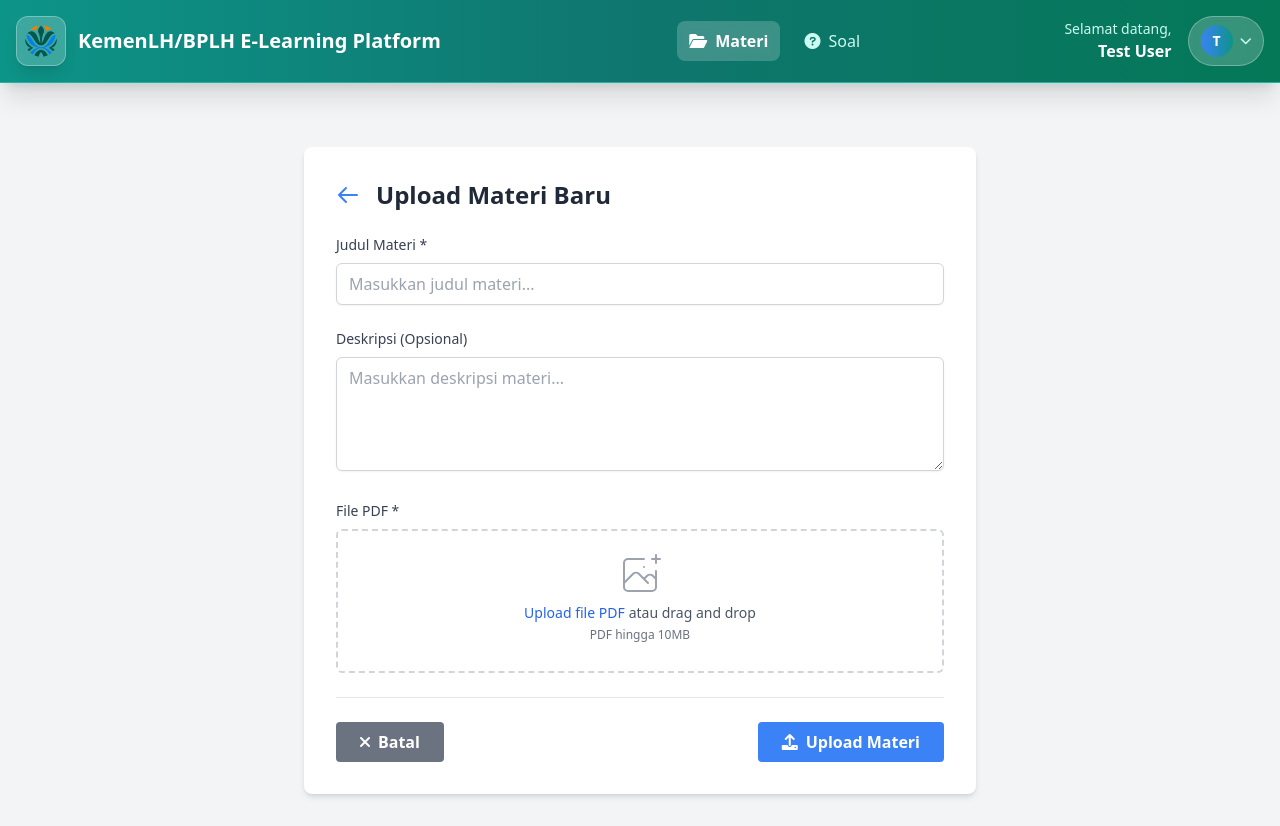
Repository: Autofat/LMS-MOOC
Page: http://localhost/materials/create
The author's editor kept a copy of each file at every save. The page is drawn from the files as they stood at one save, then again after the next save.
The browser window is 1280 px wide. The pictures show the whole page.
Some web libraries are served in a nearby version. The page is served by the project's Laravel application, run on PHP 8.4 with Laravel 12. A made-up administrator, Test User (test@example.com), is signed in.

Above is the page before, as saved 2025-08-01 13:12:35.

After the next save:
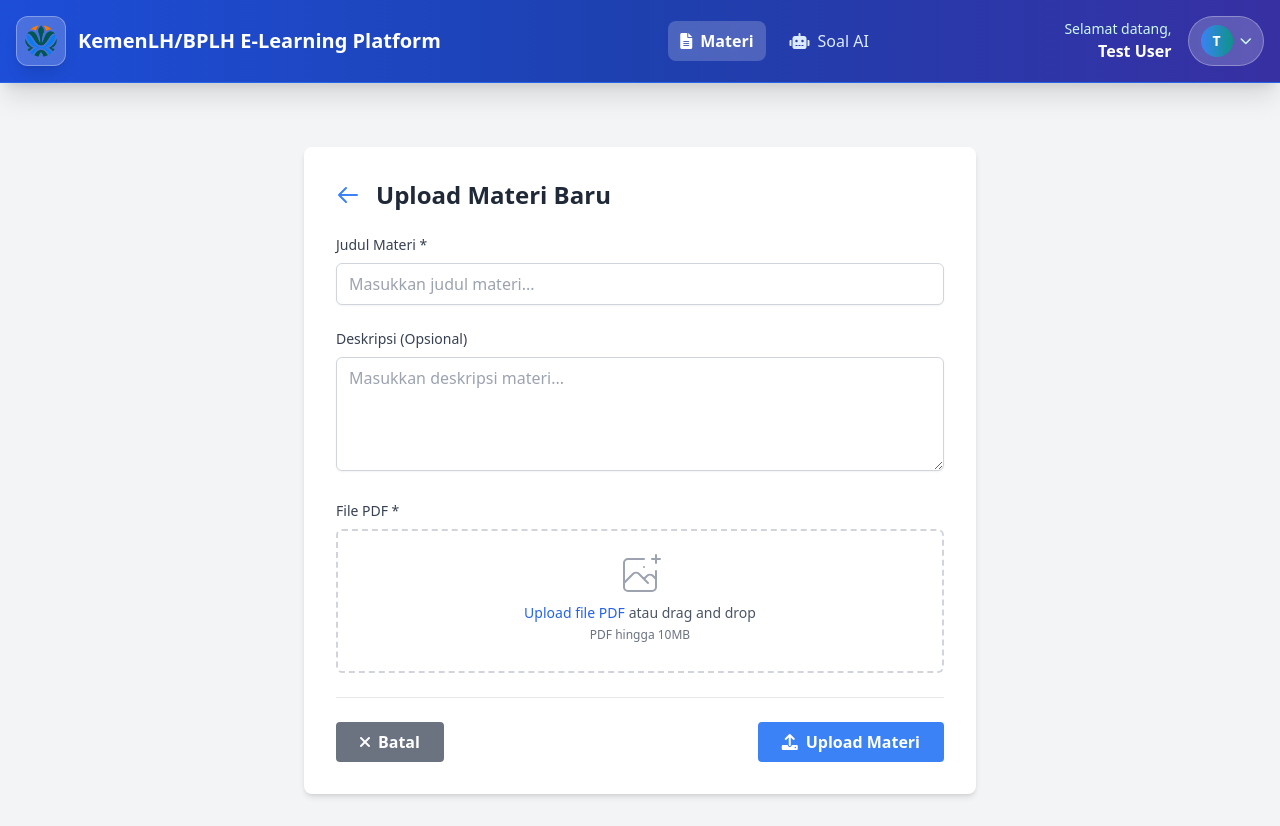
Saved 20 s later.
--- a/resources/views/components/navbar.blade.php
+++ b/resources/views/components/navbar.blade.php
@@ -1,5 +1,5 @@
 <!-- Navigation Bar -->
-<nav class="bg-gradient-to-r from-teal-600 via-teal-700 to-emerald-700 shadow-xl border-b border-teal-500 mb-8">
+<nav class="bg-gradient-to-r from-blue-700 via-blue-800 to-indigo-800 shadow-xl border-b border-blue-600 mb-8">
     <div class="container mx-auto px-4">
         <div class="flex items-center py-4">
             <!-- Logo/Brand - Far Left -->
@@ -15,14 +15,14 @@
             <!-- Navigation Links - Center -->
             <div class="hidden md:flex items-center space-x-6 flex-1 justify-center">
                 <a href="{{ route('materials.index') }}"
-                   class="flex items-center space-x-2 text-teal-100 hover:text-white transition-colors {{ request()->routeIs('materials.*') ? 'text-white font-semibold bg-white/20 px-3 py-2 rounded-lg backdrop-blur-sm' : '' }}">
-                    <i class="fas fa-folder-open"></i>
+                   class="flex items-center space-x-2 text-blue-100 hover:text-white transition-colors {{ request()->routeIs('materials.*') ? 'text-white font-semibold bg-white/20 px-3 py-2 rounded-lg backdrop-blur-sm' : '' }}">
+                    <i class="fas fa-file-text"></i>
                     <span>Materi</span>
                 </a>
                 <a href="{{ route('questions.manage') }}"
-                   class="flex items-center space-x-2 text-teal-100 hover:text-white transition-colors {{ request()->routeIs('questions.*') ? 'text-white font-semibold bg-white/20 px-3 py-2 rounded-lg backdrop-blur-sm' : '' }}">
-                    <i class="fas fa-question-circle"></i>
-                    <span>Soal</span>
+                   class="flex items-center space-x-2 text-blue-100 hover:text-white transition-colors {{ request()->routeIs('questions.*') ? 'text-white font-semibold bg-white/20 px-3 py-2 rounded-lg backdrop-blur-sm' : '' }}">
+                    <i class="fas fa-robot"></i>
+                    <span>Soal AI</span>
                 </a>
             </div>
 
